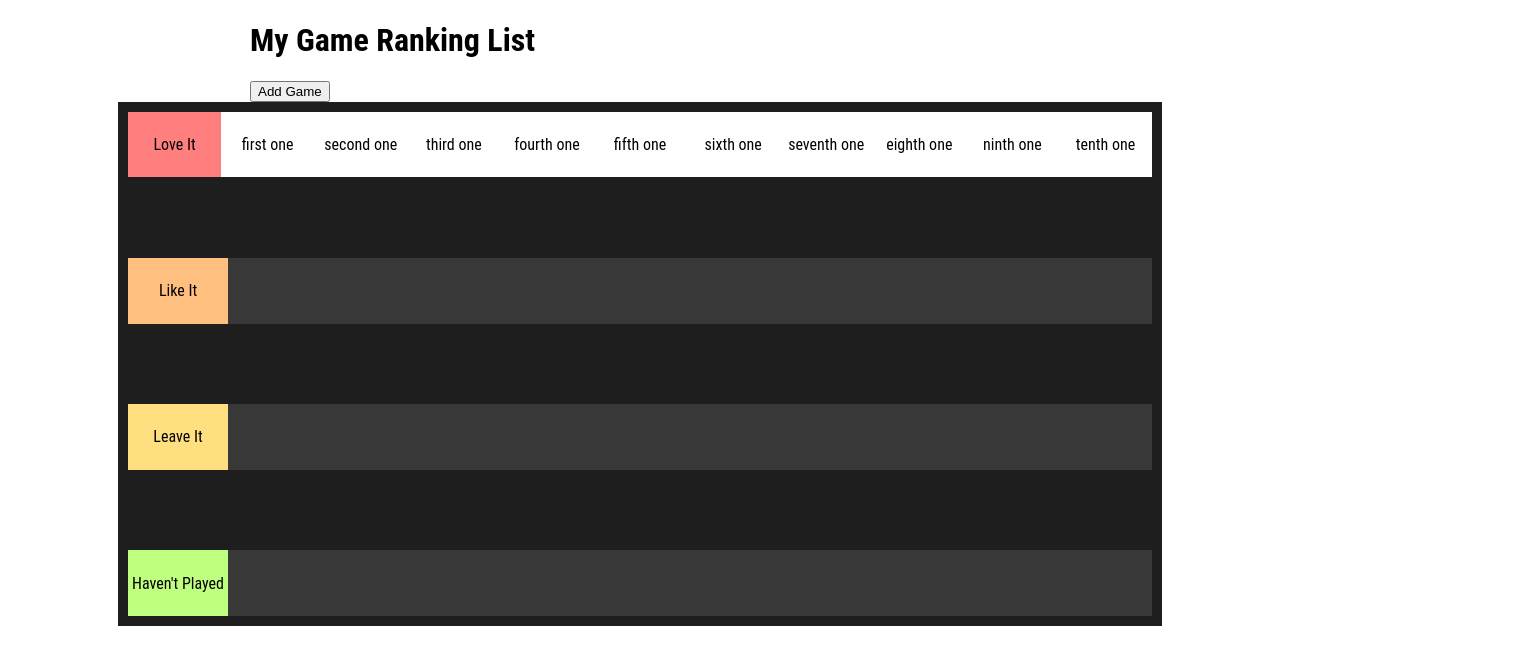
Repository: akiachenise/akiachenise.github.io
Page: JackboxGames_TierList_vanilla/index.html
An editor plug-in stored every save of this project. The page is shown before and after the next save, followed by the edit.
The browser window is 1280 px wide. The page is 1530 px wide, so the pictures cover 1530 px, including what lies to the right of the window. The pictures show the whole page.

Above is the page before, as saved 2022-11-26 16:47:12.

After the next save:
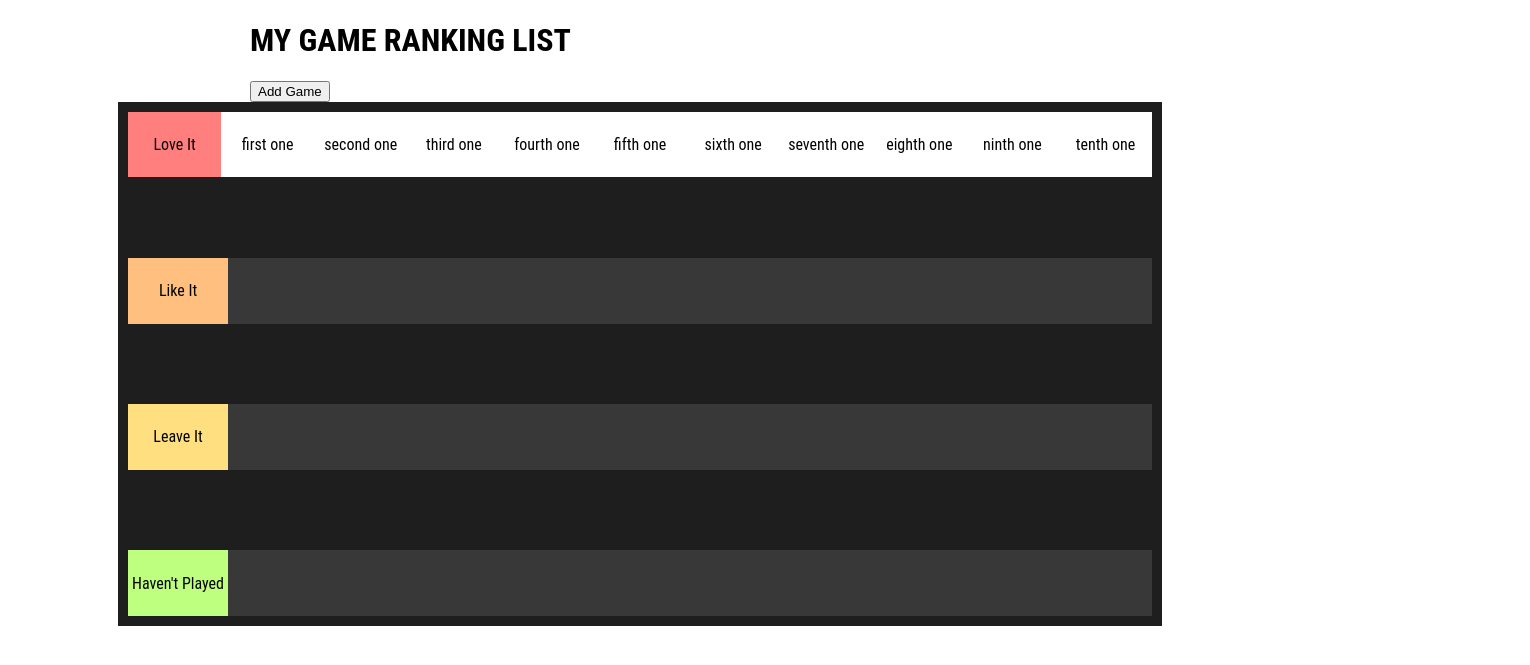
Saved 76 s later.
--- a/JackboxGames_TierList_vanilla/css/stylesheet.css
+++ b/JackboxGames_TierList_vanilla/css/stylesheet.css
@@ -15,7 +15,7 @@ body {
 
 }
 
-.h1 {
+h1 {
     text-transform: uppercase;
 }
 button .addCard {
